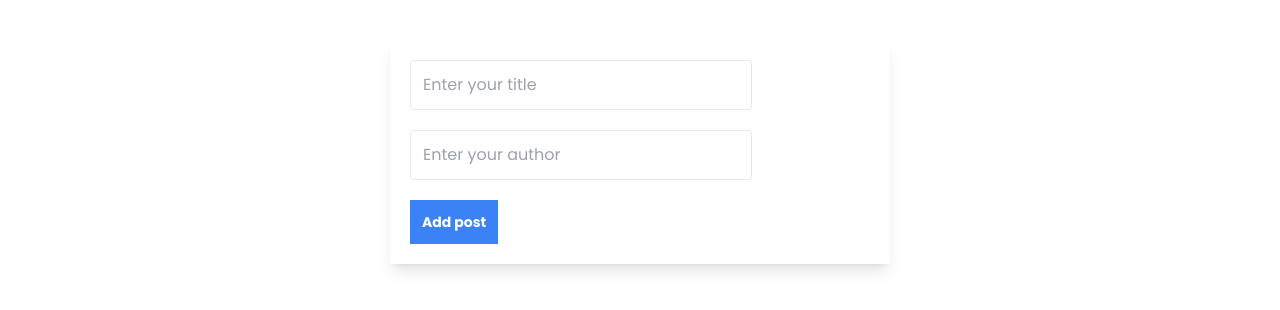
Repository: ThanhPhongsof/React-Course
Page: /
These files come from the project's save history. The page is drawn as it stood at one moment and after the next save; the edit follows.
The browser window is 1280 px wide. The pictures show the whole page.
The page's requests for data from a server got no answer. The project was rebuilt for these pictures with package versions that can differ from the ones it lists, and the page was loaded fresh each time. No one was signed in, and anything a server would have sent is missing.

Above is the page before, as saved 2022-04-27 16:59:09.

### src/index.js
import React from "react";
import ReactDOM from "react-dom";
import App from "./App";
import reportWebVitals from "./reportWebVitals";
import "./index.scss";
import { BrowserRouter } from "react-router-dom";

// ReactDOM.render(
//   <React.StrictMode>
//     <BrowserRouter>
//       <App />
//     </BrowserRouter>
//   </React.StrictMode>,
//   document.getElementById("root")
// );

ReactDOM.render(
  <BrowserRouter>
    <App />
  </BrowserRouter>,
  document.getElementById("root")
);

// If you want to start measuring performance in your app, pass a function
// to log results (for example: reportWebVitals(console.log))
// or send to an analytics endpoint. Learn more: https://bit.ly/CRA-vitals
reportWebVitals();

### src/App.js
import React from "react";
import FirebaseApp from "./firebase/FirebaseApp";

const App = () => {
  return (
    <div>
      <FirebaseApp></FirebaseApp>
    </div>
  );
};

export default App;

### src/index.scss
@tailwind base;
@tailwind components;
@tailwind utilities;

@layer base {
  @import url("https://fonts.googleapis.com/css2?family=Poppins:wght@300;400;500;700&display=swap");
  body {
    font-family: "Poppins", sans-serif;
  }
}
.skeleton {
  background-color: #eee;
  background-image: linear-gradient(
    110deg,
    #ececec 8%,
    #f5f5f5 18%,
    #ececec 33%
  );
  background-size: 200% 100%;
  animation: 1.5s shine linear infinite;
}
@keyframes shine {
  to {
    background-position-x: -200%;
  }
}
.zoom-enter .content {
  opacity: 0;
  transform: scale(0.5);
}
.zoom-enter-active .content {
  opacity: 1;
  transform: scale(1);
}
.zoom-exit .content {
  opacity: 1;
}
.zoom-exit-active .content {
  opacity: 0;
  transform: scale(0.5);
}

// Fade

.fade-enter .tooltip {
  opacity: 0;
}
.fade-enter-active .tooltip {
  opacity: 1;
}
.fade-exit .tooltip {
  opacity: 1;
}
.fade-exit-active .tooltip {
  opacity: 0;
}

### src/firebase/FirebaseApp.js
import { collection, getDocs } from "firebase/firestore";
import React, { useEffect } from "react";
import { db } from "./firebase-config";

const FirebaseApp = () => {
  const colRef = collection(db, "posts");

  useEffect(() => {
    // 1. Get collection data (posts)
    getDocs(colRef)
      .then((snapshot) => {
        console.log(snapshot);
        let posts = [];
        snapshot.docs.forEach((doc) => {
          posts.push({
            id: doc.id,
            ...doc.data(),
          });
        });
      })
      .catch((err) => {
        console.log(err);
      });
  }, []);

  return (
    <div className="p-10">
      <div className="w-full max-w-[500px] mx-auto shadow-lg p-5">
        <form>
          <div>
            <input
              type="text"
              name="title"
              className="p-3 mb-5 border border-gray-200 rounded outline-none focus:border-blue-500"
              placeholder="Enter your title"
            />
          </div>
          <div>
            <input
              type="text"
              name="author"
              className="p-3 mb-5 border border-gray-200 rounded outline-none focus:border-blue-500"
              placeholder="Enter your author"
            />
          </div>
          <button
            type="submit"
            className="p-3 text-sm font-semibold text-white bg-blue-500"
          >
            Add post
          </button>
        </form>
      </div>
    </div>
  );
};

export default FirebaseApp;

### src/firebase/firebase-config.js
import { initializeApp } from "firebase/app";
import { getFirestore } from "firebase/firestore";

const firebaseConfig = {
  apiKey: "AIzaSyC355FgwykDKntB_YGE6tMUu9vuh2xR9gM",
  authDomain: "learn-firebase-14a19.firebaseapp.com",
  projectId: "learn-firebase-14a19",
  storageBucket: "learn-firebase-14a19.appspot.com",
  messagingSenderId: "687668366156",
  appId: "1:687668366156:web:1a8d11b45bd537e9fe9de9",
  measurementId: "G-VD0FPZ8499",
};

// Initialize Firebase
const app = initializeApp(firebaseConfig);

// Init services
export const db = getFirestore(app);

### tailwind.config.js
module.exports = {
  content: ["./src/**/*.{js,jsx,ts,tsx}"],
  theme: {
    extend: {
      backgroundImage: {
        "primary-gradient": `linear-gradient(
          86.88deg,
          #7d6aff 1.38%,
          #ffb86c 64.35%,
          #fc2872 119.91%
        )`,
        "secondary-gradient": `linear-gradient(86.88deg, #20e3b2, #2cccff)`,
      },
    },
  },
  plugins: [],
};

Loaded but not shown: public/index.html (common file); src/reportWebVitals.js (common file)

After the next save:
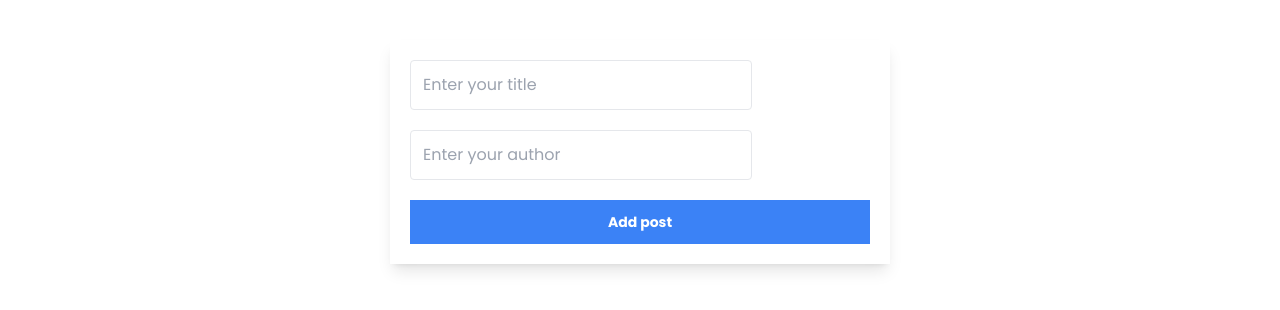
Saved 27 s later.
--- a/src/firebase/FirebaseApp.js
+++ b/src/firebase/FirebaseApp.js
@@ -45,7 +45,7 @@ const FirebaseApp = () => {
           </div>
           <button
             type="submit"
-            className="p-3 text-sm font-semibold text-white bg-blue-500"
+            className="w-full p-3 text-sm font-semibold text-white bg-blue-500"
           >
             Add post
           </button>
